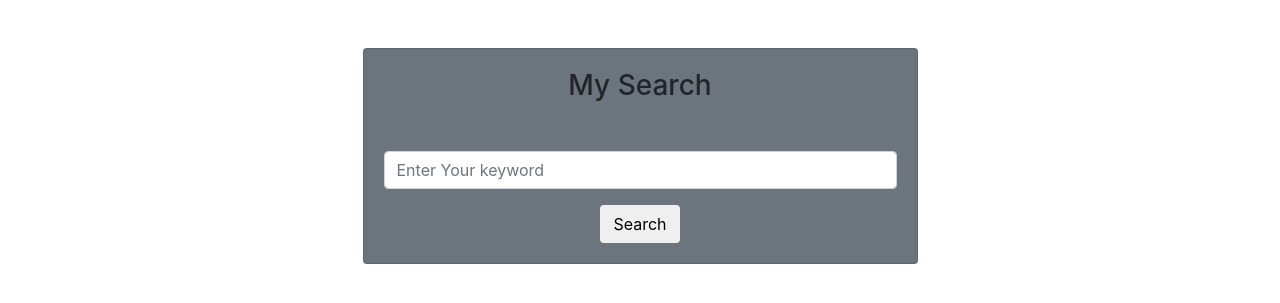
Repository: priyaadya/spring-practice-codes
Page: http://localhost/SearchPageMvc/home
These files come from the project's save history. The page is drawn as it stood at one moment and after the next save; the edit follows.
The browser window is 1280 px wide. The pictures show the whole page.
Some web libraries are served in a nearby version. The page is served by Tomcat 9.

Above is the page before, as saved 2023-06-04 18:20:31.

### SearchPageMvc/src/main/webapp/WEB-INF/spring-servlet.xml
<?xml version="1.0" encoding="UTF-8"?>
<beans xmlns="http://www.springframework.org/schema/beans"
       xmlns:xsi="http://www.w3.org/2001/XMLSchema-instance"
       xmlns:p="http://www.springframework.org/schema/p"
       xmlns:context="http://www.springframework.org/schema/context"
       xsi:schemaLocation="http://www.springframework.org/schema/beans
            http://www.springframework.org/schema/beans/spring-beans.xsd
            http://www.springframework.org/schema/context
            http://www.springframework.org/schema/context/spring-context-3.0.xsd">



            <context:component-scan base-package="SearchPageMvc"></context:component-scan>

            <bean class="org.springframework.web.servlet.view.InternalResourceViewResolver" name="viewResolver">
            <property name="prefix" value="/WEB-INF/views/"></property>
            <property name="suffix" value=".jsp"></property>
            </bean>


</beans>

### SearchPageMvc/src/main/webapp/WEB-INF/views/home.jsp
<!doctype html>
<html lang="en">
  <head>
    <!-- Required meta tags -->
    <meta charset="utf-8">
    <meta name="viewport" content="width=device-width, initial-scale=1, shrink-to-fit=no">

    <!-- Bootstrap CSS -->
    <link rel="stylesheet" href="https://cdn.jsdelivr.net/npm/bootstrap@4.0.0/dist/css/bootstrap.min.css" integrity="sha384-Gn5384xqQ1aoWXA+058RXPxPg6fy4IWvTNh0E263XmFcJlSAwiGgFAW/dAiS6JXm" crossorigin="anonymous">

    <title>Hello, world!</title>
  </head>
  <body>
 <div class="container">
 <div class="card mx-auto mt-5 bg-secondary" style="width:50%;">
 <div class="card-body">
 <h3 class="text-center text-White">My Search</h3>
 <form class="mt-5">
 <div class="form-group">
 <input type="text" name="querybox" placeholder="Enter Your keyword"
 class="form-control">


 </div>
 <div class="container text-center">
 <button class="btn btn-outline-Light">Search</button>

 </div>

 </form>

 </div>

 </div>


 </div>

    <!-- Optional JavaScript -->
    <!-- jQuery first, then Popper.js, then Bootstrap JS -->
    <script src="https://code.jquery.com/jquery-3.2.1.slim.min.js" integrity="sha384-KJ3o2DKtIkvYIK3UENzmM7KCkRr/rE9/Qpg6aAZGJwFDMVNA/GpGFF93hXpG5KkN" crossorigin="anonymous"></script>
    <script src="https://cdn.jsdelivr.net/npm/popper.js@1.12.9/dist/umd/popper.min.js" integrity="sha384-ApNbgh9B+Y1QKtv3Rn7W3mgPxhU9K/ScQsAP7hUibX39j7fakFPskvXusvfa0b4Q" crossorigin="anonymous"></script>
    <script src="https://cdn.jsdelivr.net/npm/bootstrap@4.0.0/dist/js/bootstrap.min.js" integrity="sha384-JZR6Spejh4U02d8jOt6vLEHfe/JQGiRRSQQxSfFWpi1MquVdAyjUar5+76PVCmYl" crossorigin="anonymous"></script>
  </body>
</html>
</html>

### SearchPageMvc/src/main/java/SearchPageMvc/SearchController.java
package SearchPageMvc;

import org.springframework.stereotype.Controller;
import org.springframework.web.bind.annotation.RequestMapping;

@Controller
public class SearchController {

	@RequestMapping("/home")
	public String home() {

		System.out.println("going to home page");
		return "home";

	}



}

After the next save:
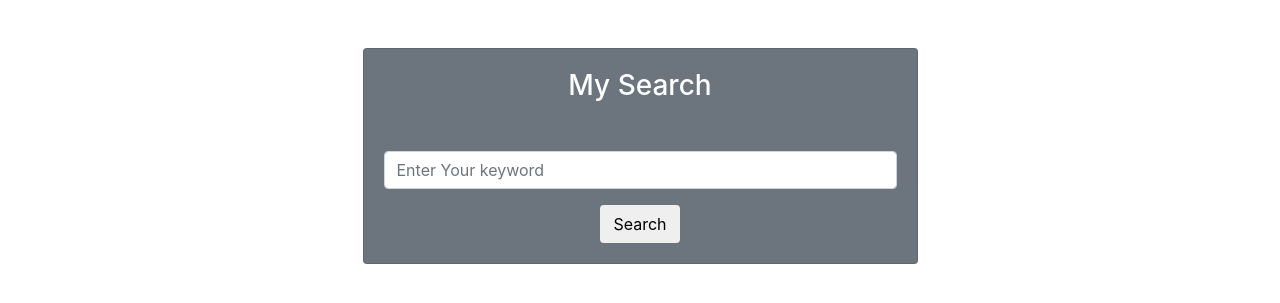
Saved 14 s later.
--- a/SearchPageMvc/src/main/webapp/WEB-INF/views/home.jsp
+++ b/SearchPageMvc/src/main/webapp/WEB-INF/views/home.jsp
@@ -14,7 +14,7 @@
  <div class="container">
  <div class="card mx-auto mt-5 bg-secondary" style="width:50%;">
  <div class="card-body">
- <h3 class="text-center text-White">My Search</h3>
+ <h3 class="text-center text-white">My Search</h3>
  <form class="mt-5">
  <div class="form-group">
  <input type="text" name="querybox" placeholder="Enter Your keyword"
